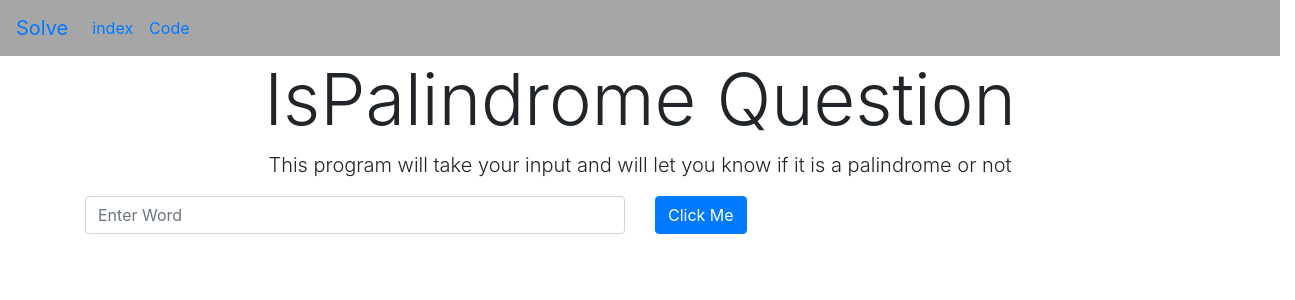
Repository: zhadjah9559/TacocatGrammar
Page: solve.html
These files come from the project's save history. The page is drawn as it stood at one moment and after a run of saves; the edit follows.
The browser window is 1280 px wide. The page is 1280 px wide, then 1295 px, then 1280 px, so the pictures cover 1295 px, including what lies to the right of the window. The pictures show the whole page.

Above is the page before, as saved 2021-01-12 00:58:58.

After the next 2 saves:
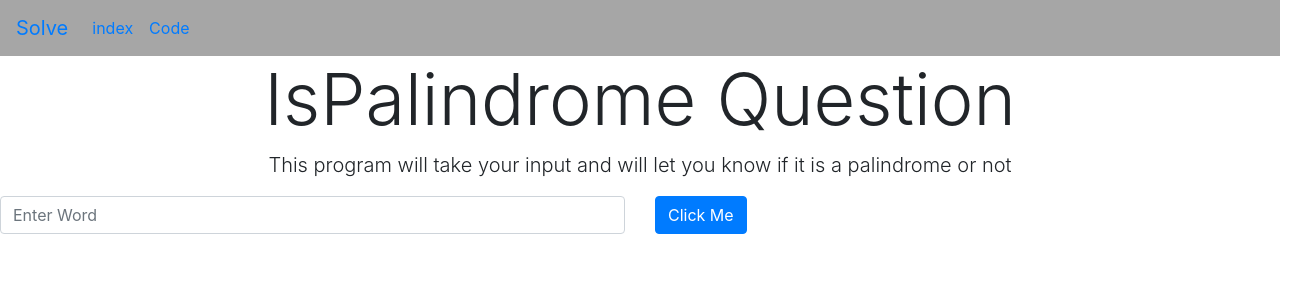
The 2 saves are shown as one change because they came seconds apart.
The last was saved 44 s later.
--- a/solve.html
+++ b/solve.html
@@ -41,7 +41,6 @@
 
 
 
-    <div class="container">
         <div class="row">
             <div class="col text-center">
                 <input id="userInput" type="text" class="form-control" placeholder="Enter Word">
@@ -58,7 +57,6 @@
                 <p id="output">  </p>
             </div>
         </div>
-    </div>
 
 
 

After the 3 saves that followed:
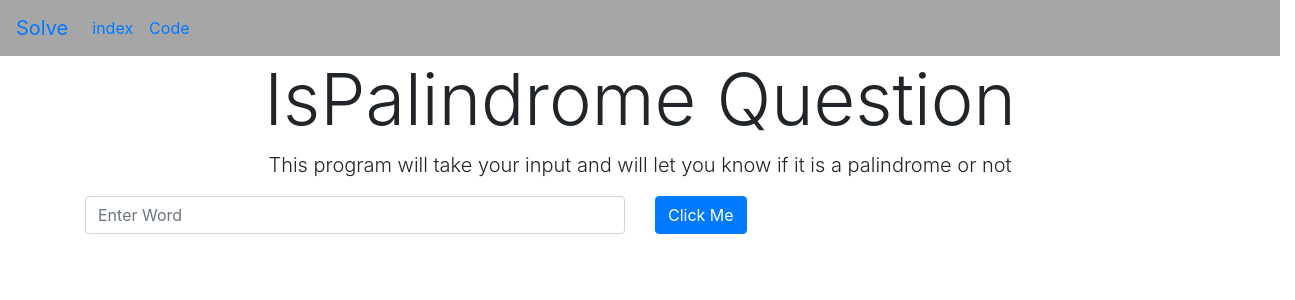
The 3 saves are shown as one change because 1 left the picture as it was and some came seconds apart.
The last was saved 15 s later.
--- a/solve.html
+++ b/solve.html
@@ -37,26 +37,29 @@
                     <p class="lead">This program will take your input and will let you know if it is a palindrome or not</p>
                 </div>
             </div>
+            <div class="row">
+                <div class="col text-center">
+                    <input id="userInput" type="text" class="form-control" placeholder="Enter Word">
+                </div>
+
+                <!--We'll use this to implement event listener-->
+                <div class="col">
+                    <button id="userInputBtn" class="btn btn-primary">Click Me</button>
+                </div>
+            </div>
+
+            <div class="row">
+                <div class="col">
+                    <p id="output">  </p>
+                </div>
+            </div>
+
+
+
         </div>
 
 
 
-        <div class="row">
-            <div class="col text-center">
-                <input id="userInput" type="text" class="form-control" placeholder="Enter Word">
-            </div>
-
-            <!--We'll use this to implement event listener-->
-            <div class="col">
-                <button id="userInputBtn" class="btn btn-primary">Click Me</button>
-            </div>
-        </div>
-
-        <div class="row">
-            <div class="col">
-                <p id="output">  </p>
-            </div>
-        </div>
 
 
 
